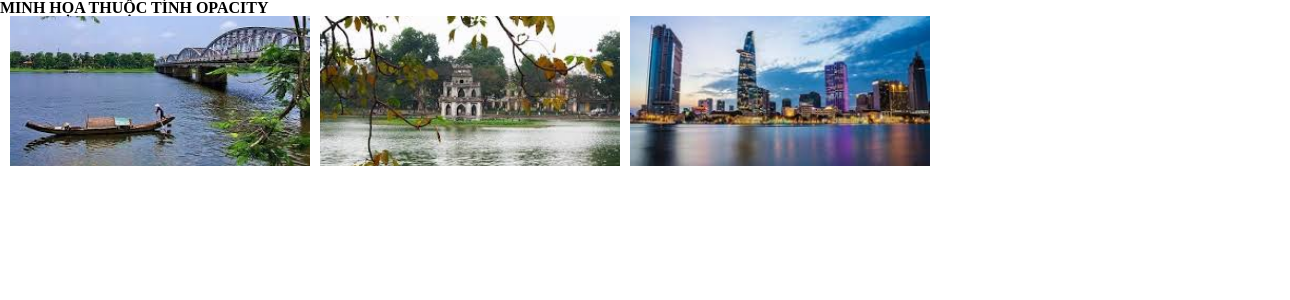
Repository: Tan-Khang21/TH_TKW--Buoi_07
Page: Bai_Tap_Tren_lop/Bai_04/Opacity1.html
These files come from the project's save history. The page is drawn as it stood at one moment and after the next save; the edit follows.
The browser window is 1280 px wide. The page is 1290 px wide, then 1280 px, so the pictures cover 1290 px, including what lies to the right of the window. The pictures show the whole page.

Above is the page before, as saved 2024-03-12 16:34:34.

### Bai_Tap_Tren_lop/Bai_04/Opacity1.html
<!DOCTYPE html>
<html lang="en">
  <head>
    <meta charset="UTF-8" />
    <meta name="viewport" content="width=device-width, initial-scale=1.0" />
    <title>Document</title>
    <link rel="stylesheet" href="style.css" />
    <link rel="stylesheet" href="reset.css" />
  </head>
  <body>
    <h5 class="title">minh họa thuộc tính opacity</h5>
    <div class="container">
      <div class="box">
        <img src="images/images1.jpg" alt="" />
      </div>
      <div class="box">
        <img src="images/images3.jpg" alt="" />
      </div>
      <div class="box">
        <img src="images/images2.jpg" alt="" />
      </div>
    </div>
  </body>
</html>

### Bai_Tap_Tren_lop/Bai_04/style.css
* {
  box-sizing: border-box;
}
body {
  width: 100%;
}
.title {
  font-weight: bold;
  text-transform: uppercase;
}
.container {
  display: flex;
  margin-right: -10px;
}
.box {
  width: 300px;
  height: 150px;
  margin-left: 10px;
}
.box img {
  width: 100%;
  height: 100%;
  object-fit: cover;
}

Loaded but not shown: Bai_Tap_Tren_lop/Bai_04/reset.css (common file)

After the next save:
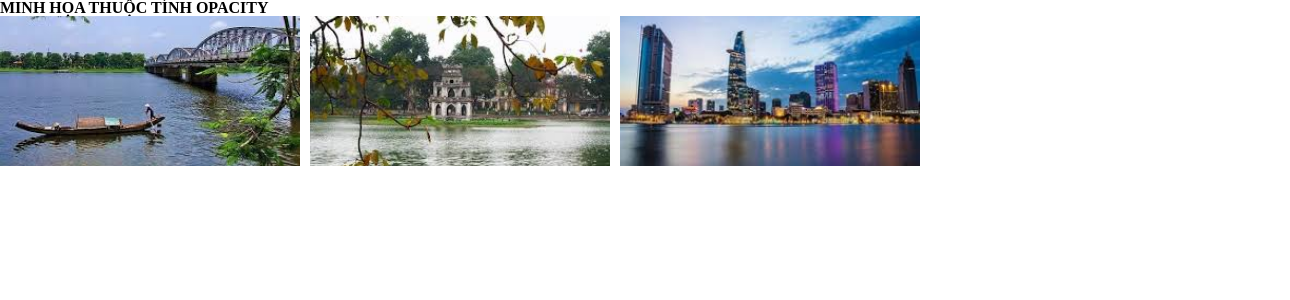
Saved 26 s later.
--- a/Bai_Tap_Tren_lop/Bai_04/style.css
+++ b/Bai_Tap_Tren_lop/Bai_04/style.css
@@ -10,7 +10,7 @@ body {
 }
 .container {
   display: flex;
-  margin-right: -10px;
+  margin-left: -10px;
 }
 .box {
   width: 300px;
